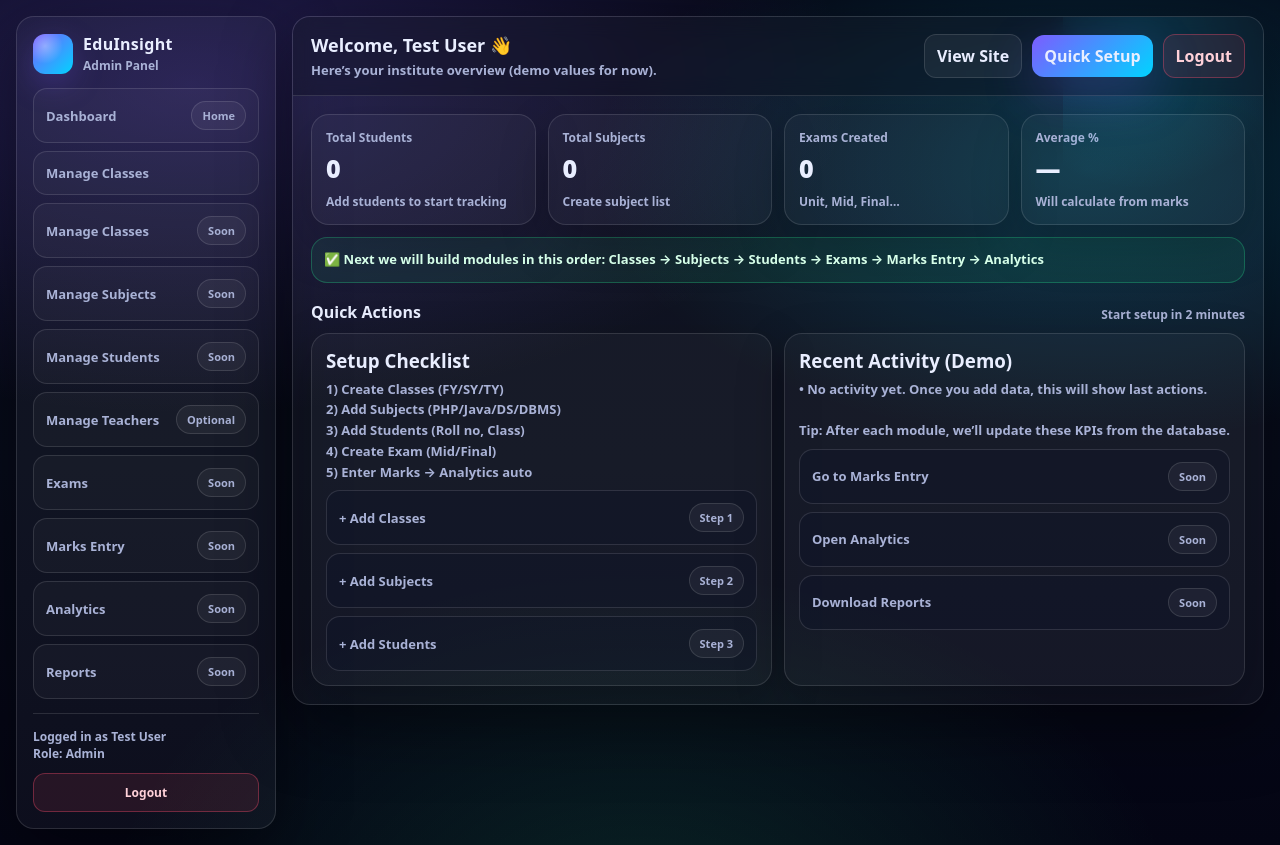
Repository: Kaifclash/EduInsight
Page: http://localhost/dashboard/admin_dashboard.php
An editor plug-in stored every save of this project. The page is shown before and after the next save, followed by the edit.
The browser window is 1280 px wide. The pictures show the whole page.
The page is run by PHP 8.4 with error messages shown; the project is at /var/www/html/. The session is filled in as if someone had signed in: {"user_id": 1, "role": "admin", "full_name": "Test User"}.

Above is the page before, as saved 2026-02-10 19:36:13.

After the next save:
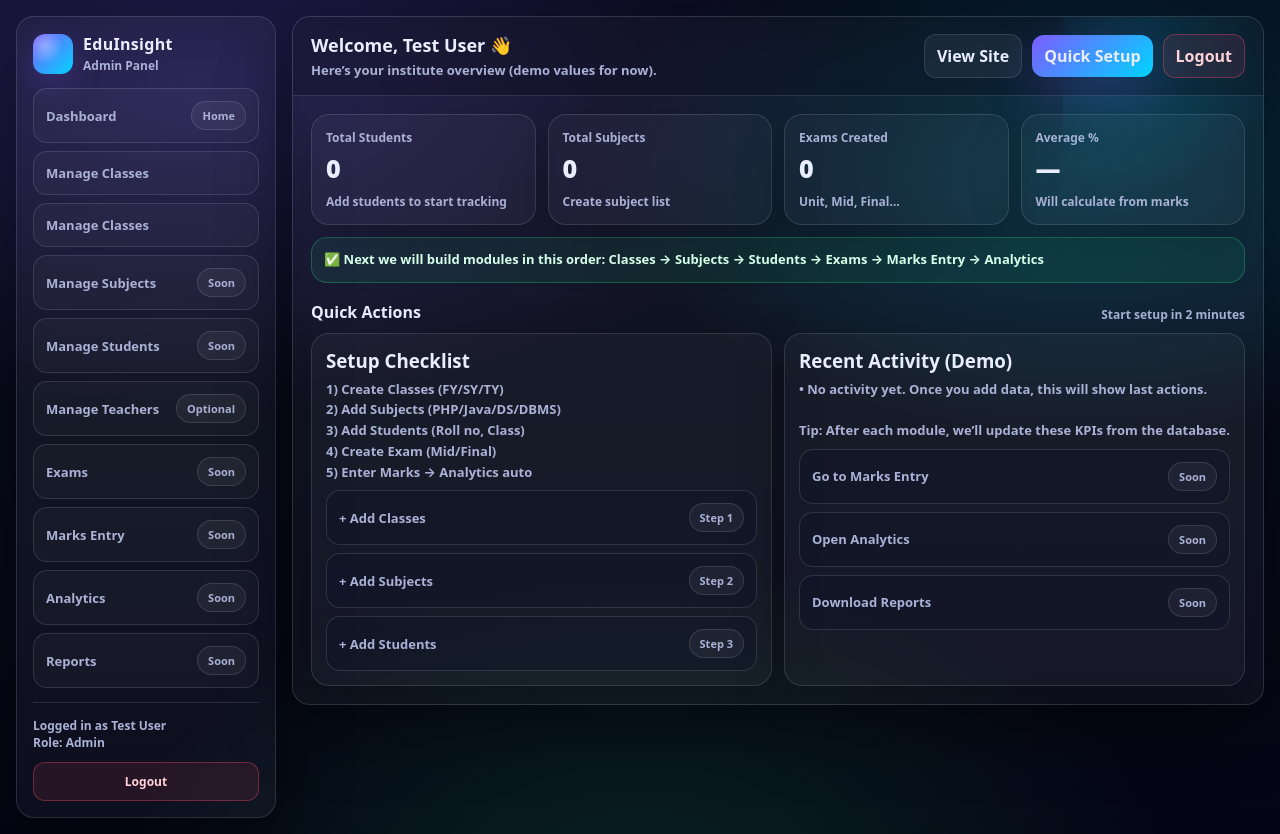
Saved 43 s later.
--- a/dashboard/admin_dashboard.php
+++ b/dashboard/admin_dashboard.php
@@ -317,7 +317,7 @@
       <div class="nav">
         <a href="admin_dashboard.php">Dashboard <span class="pill">Home</span></a>
         <a href="classes.php">Manage Classes</a>
-        <a href="#" onclick="return comingSoon('Classes');">Manage Classes <span class="pill">Soon</span></a>
+<a href="classes.php">Manage Classes</a>
         <a href="#" onclick="return comingSoon('Subjects');">Manage Subjects <span class="pill">Soon</span></a>
         <a href="#" onclick="return comingSoon('Students');">Manage Students <span class="pill">Soon</span></a>
         <a href="#" onclick="return comingSoon('Teachers');">Manage Teachers <span class="pill">Optional</span></a>

After the 2 saves that followed:
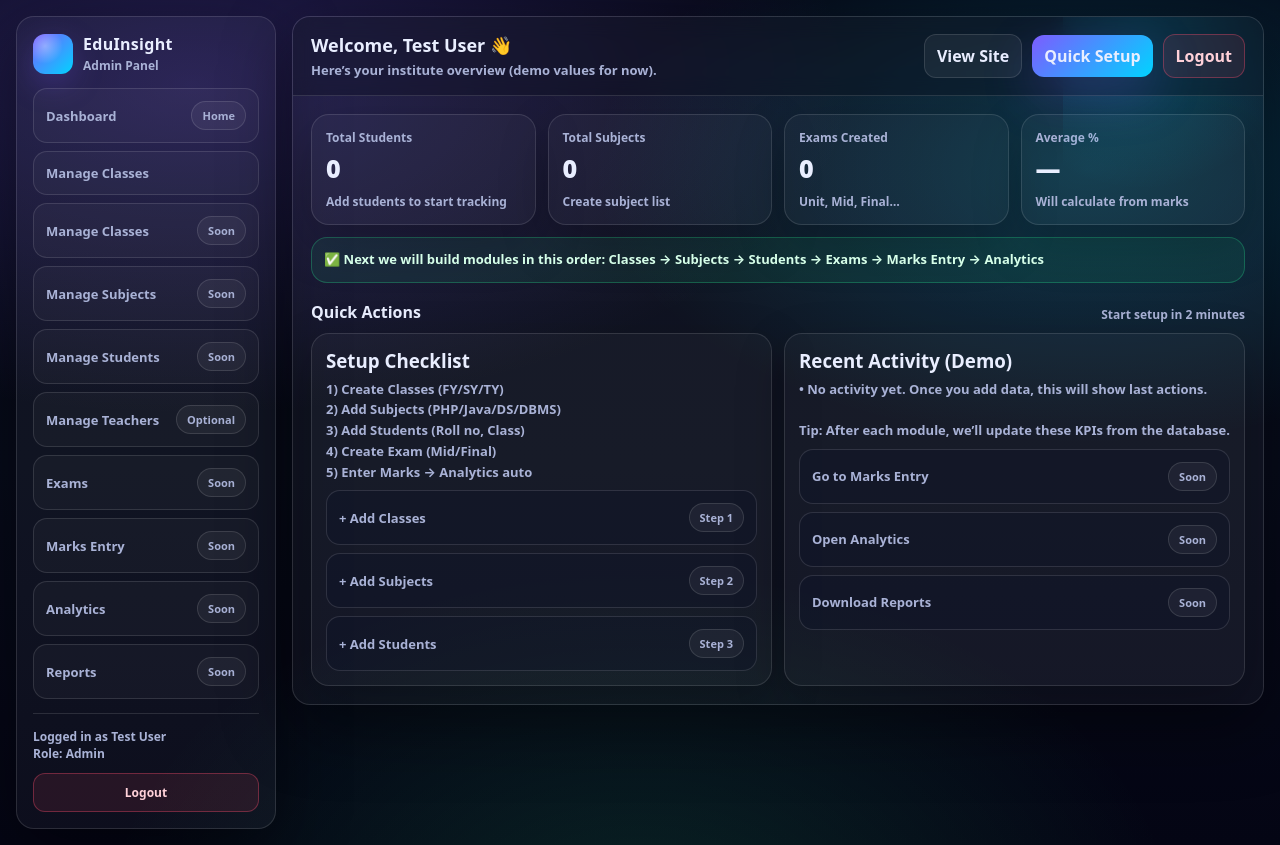
The 2 saves are shown as one change because 1 left the picture as it was.
The last was saved 9 s later.
--- a/dashboard/admin_dashboard.php
+++ b/dashboard/admin_dashboard.php
@@ -317,7 +317,7 @@
       <div class="nav">
         <a href="admin_dashboard.php">Dashboard <span class="pill">Home</span></a>
         <a href="classes.php">Manage Classes</a>
-<a href="classes.php">Manage Classes</a>
+        <a href="#" onclick="return comingSoon('Classes');">Manage Classes <span class="pill">Soon</span></a>
         <a href="#" onclick="return comingSoon('Subjects');">Manage Subjects <span class="pill">Soon</span></a>
         <a href="#" onclick="return comingSoon('Students');">Manage Students <span class="pill">Soon</span></a>
         <a href="#" onclick="return comingSoon('Teachers');">Manage Teachers <span class="pill">Optional</span></a>
